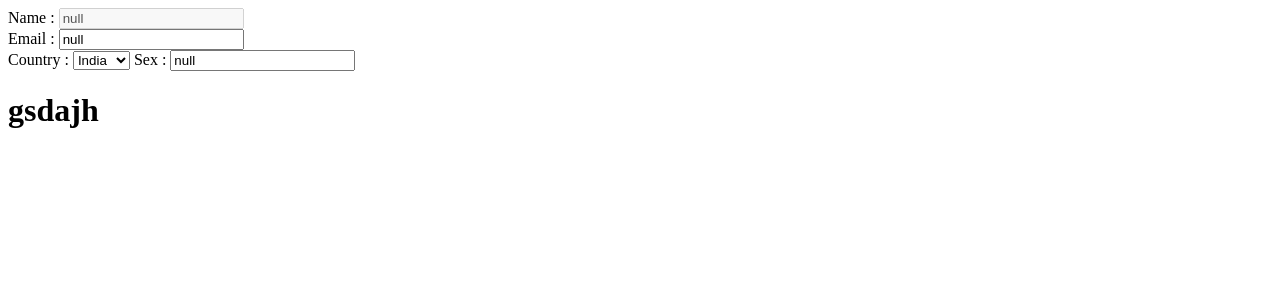
Repository: Ramakrishnmagadum/Servlet
Page: http://localhost/JSP_CRUD_Project/edituser.jsp
An editor plug-in stored every save of this project. The page is shown before and after the next save, followed by the edit.
The browser window is 1280 px wide. The pictures show the whole page.
The page is served by Tomcat 9. Queries for data that is not in the repository find no rows.

Above is the page before, as saved 2025-02-28 17:49:34.

After the next save:
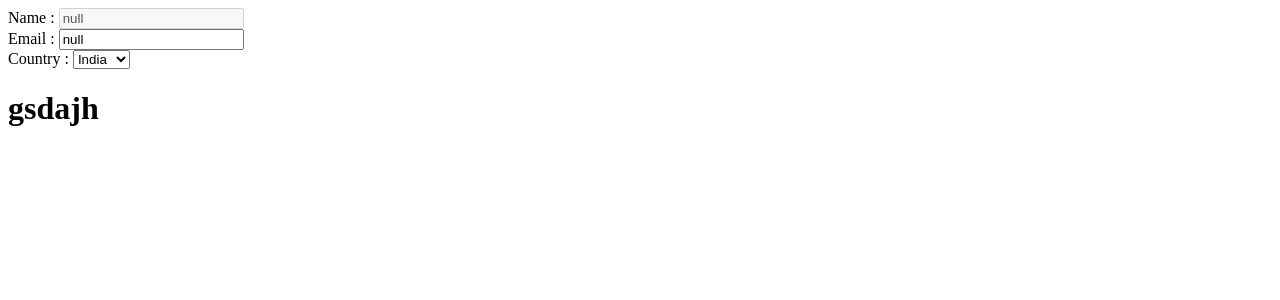
Saved 6 s later.
--- a/JSP_CRUD_Project/src/main/webapp/edituser.jsp
+++ b/JSP_CRUD_Project/src/main/webapp/edituser.jsp
@@ -24,7 +24,6 @@ Country : <select name="country" value="<%=country%>">
 <option>Pak</option>
 <option>China</option>
 </select>
-Sex : <input type="text" name="name" value="<%=sex%>" >
 </form>
 <h1>gsdajh</h1>
 
